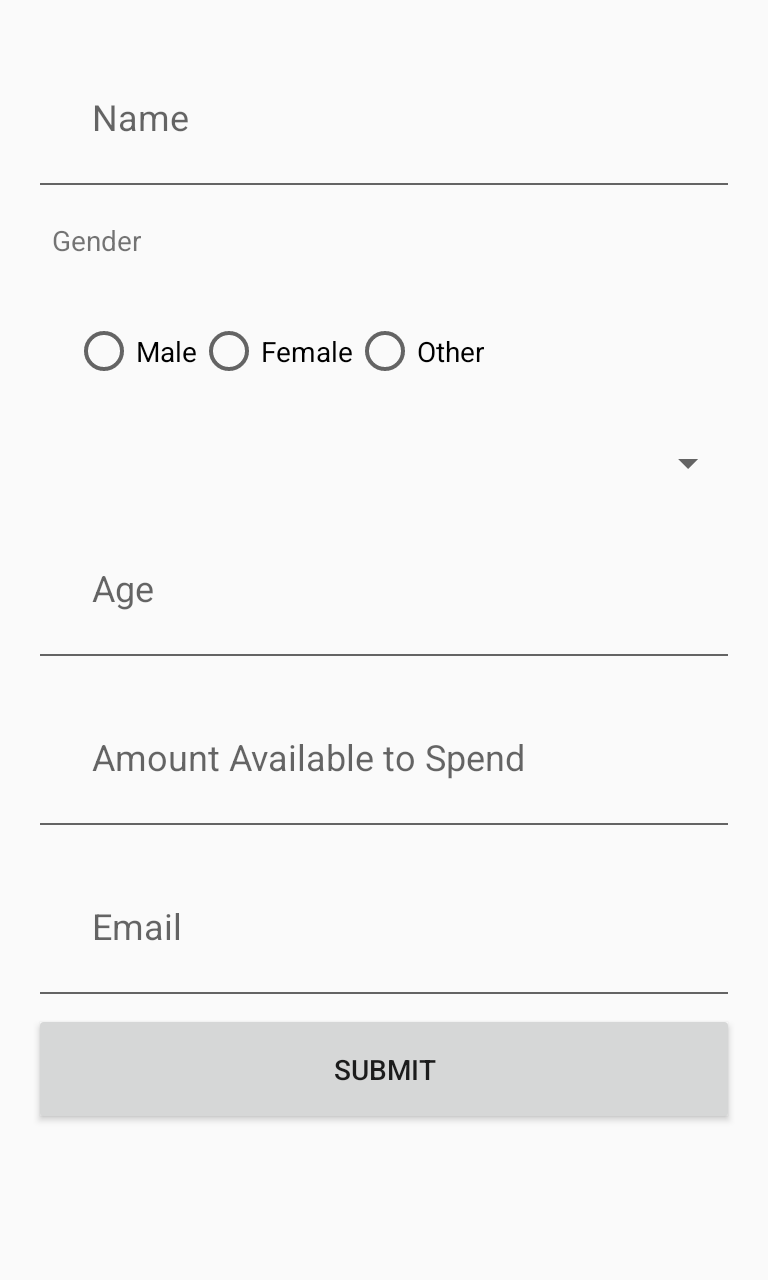
Repository: ThatCrazyIrishGuy/guiAndroidAssignment
Layout: ShoppingList/res/layout/activity_user_detail_form.xml
These files come from the project's save history. The layout is drawn as it stood at one moment and after the next save; the edit follows.
It is drawn on a 768 x 1280 px phone screen (xhdpi) without system bars, with theme AppTheme; the app's code is not run.

Above is the layout before, as saved 2014-11-08 17:49:11.

After the next save:
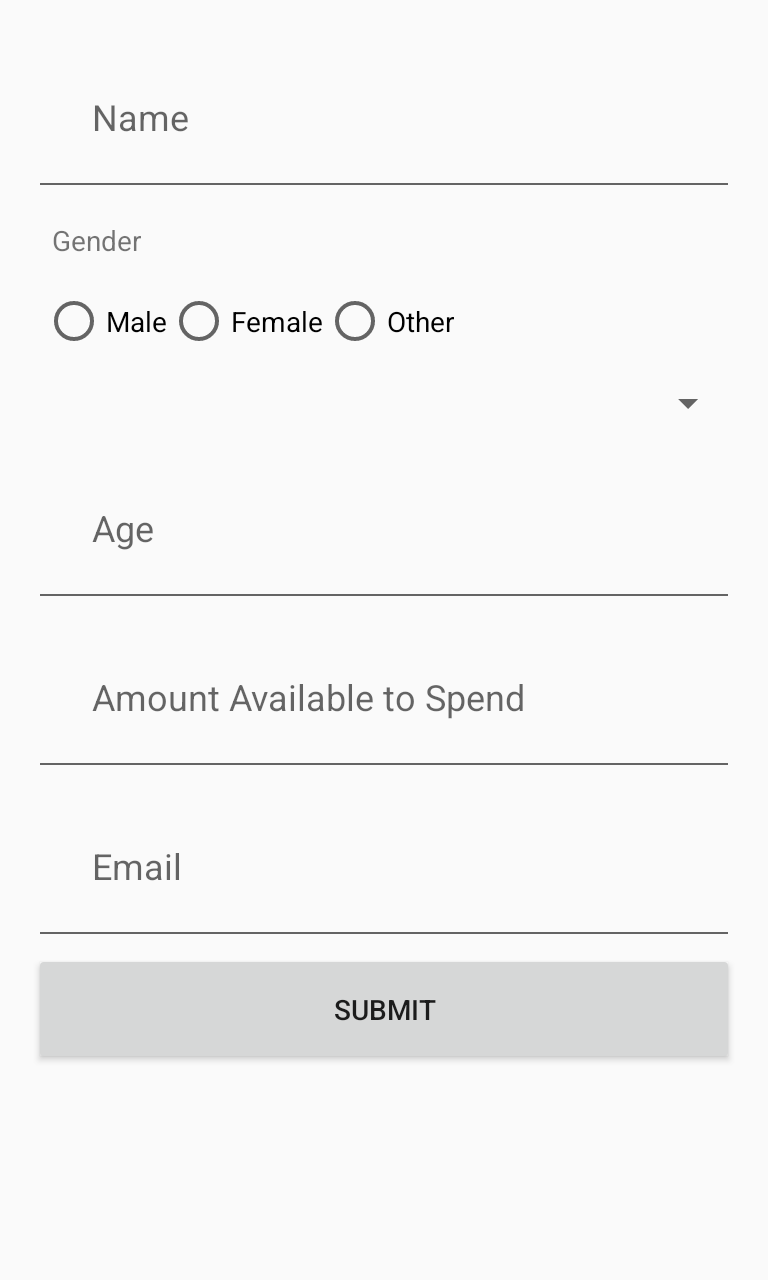
Saved 45 s later.
--- a/ShoppingList/res/layout/activity_user_detail_form.xml
+++ b/ShoppingList/res/layout/activity_user_detail_form.xml
@@ -31,7 +31,7 @@
 		android:orientation="horizontal"
 		android:layout_width="fill_parent"
 		android:layout_height="wrap_content"
-		android:padding="20dp" >
+		android:padding="5dp" >
 		<RadioButton
 			android:id="@+id/male"
 			android:text="Male"
